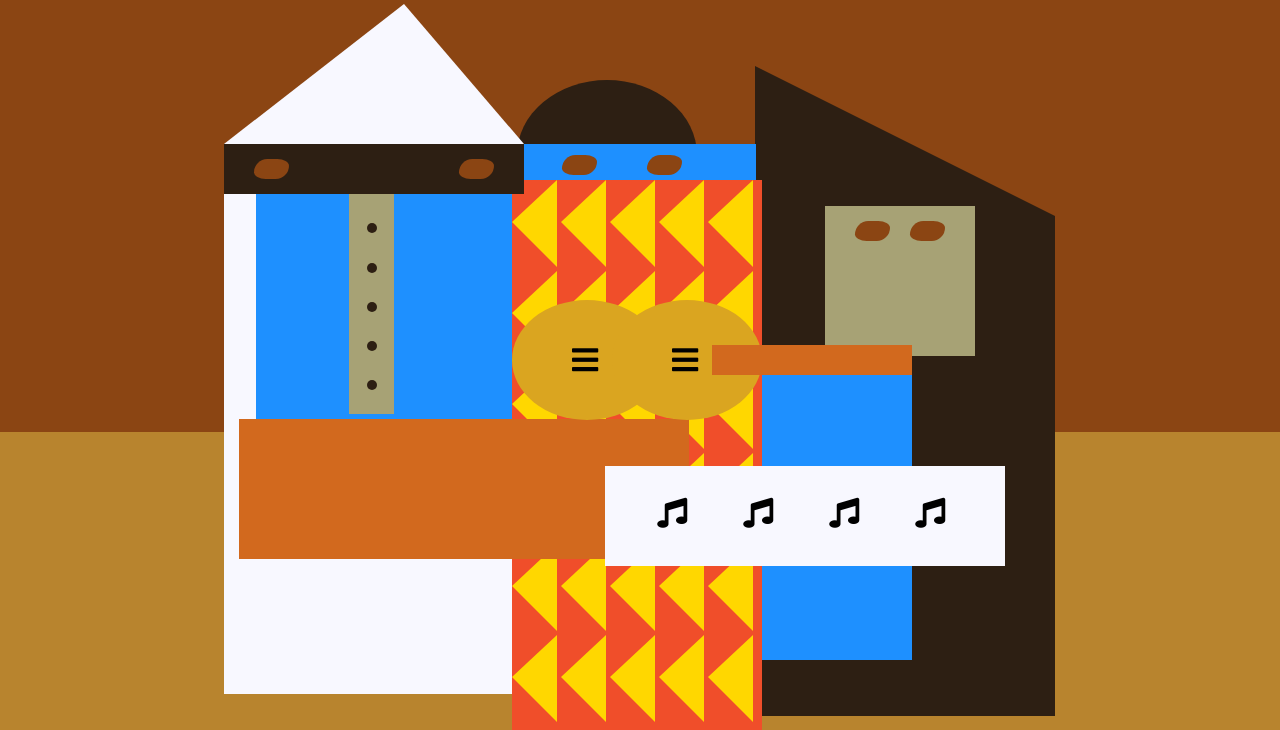
Repository: Pafestivo/Third-Chapter---intermediate-CSS
Page: index.html
These files come from the project's save history. The page is drawn as it stood at one moment and after the next save; the edit follows.
The browser window is 1280 px wide. The pictures show the whole page.
Some web libraries are served in a nearby version.

Above is the page before, as saved 2022-09-04 18:59:34.

After the next save:
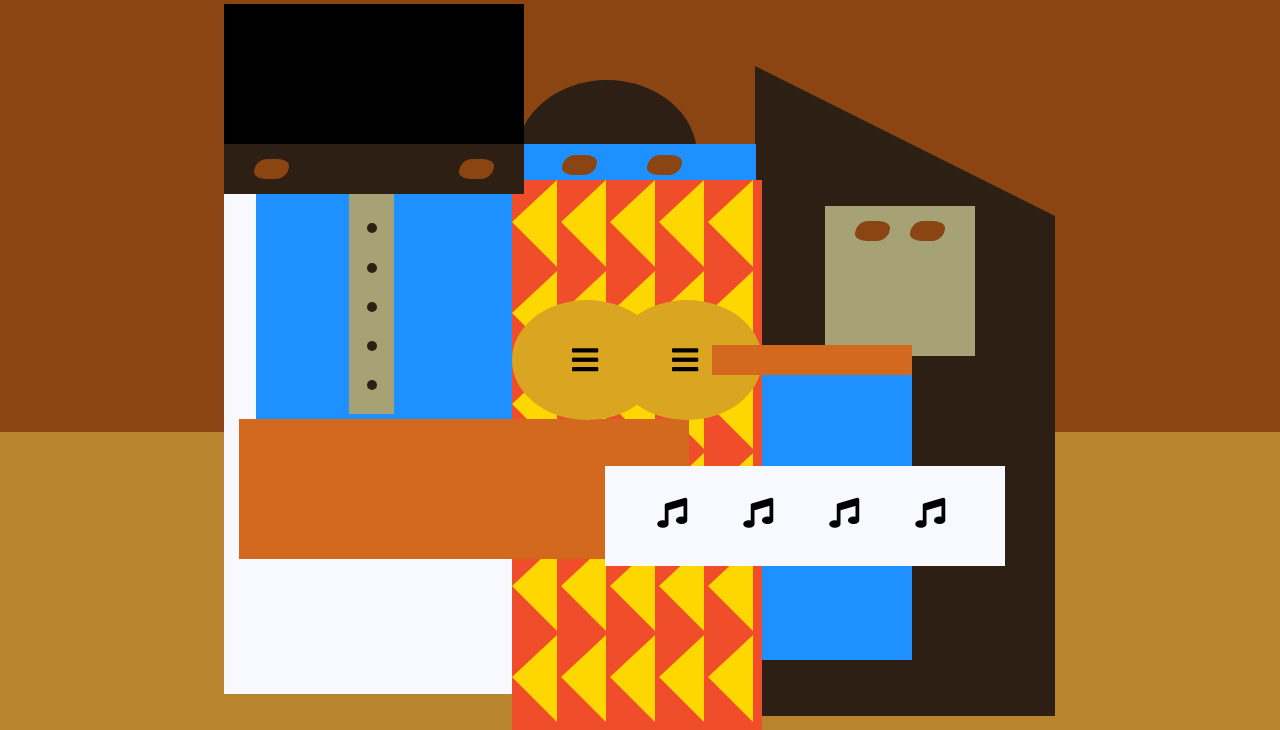
Saved 3 min 48 s later.
--- a/styles.css
+++ b/styles.css
@@ -6,7 +6,9 @@ body {
     background-color: #8B4513;
     width: 100%;
     height: 60%;
-    position: absolute;
+    /* You can control the position of an element with position absolute. */
+    position: absolute;
+    /* You can use top and left to move the element, relative to its parent. */
     top: 0;
     left: 0;
     z-index: -1;
@@ -26,10 +28,6 @@ body {
     height: 0;
     border-style: solid;
     border-width: 0 120px 140px 180px;
-    border-top-color: transparent;
-    border-right-color: transparent;
-    border-bottom-color: GhostWhite;
-    border-left-color: transparent;
     position: absolute;
     top: -140px;
     left: 0;
